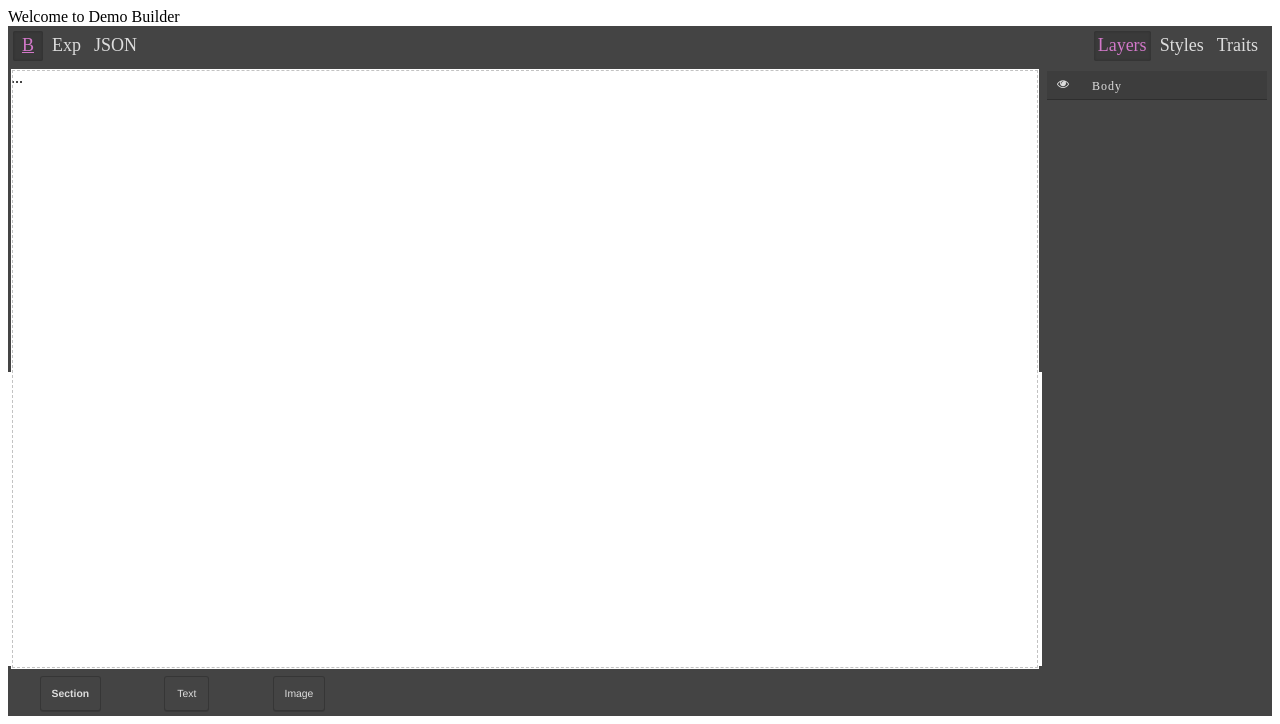
Repository: adityakulkarni000/DemoBuilder
Page: index.html
An editor plug-in stored every save of this project. The page is shown before and after the next save, followed by the edit.
The browser window is 1280 px wide. The pictures show the whole page.

Above is the page before, as saved 2022-06-19 01:49:22.

After the next save:
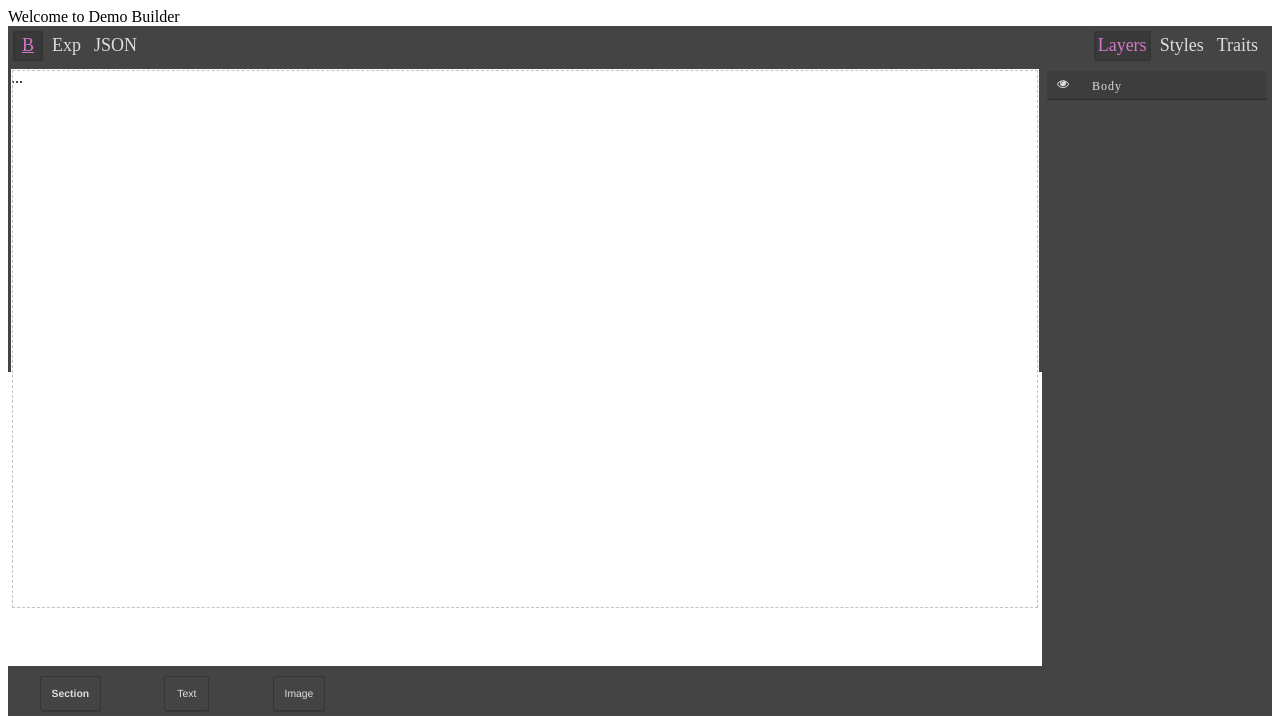
Saved 13 s later.
--- a/index.html
+++ b/index.html
@@ -14,7 +14,7 @@
     .gjs-cv-canvas {
       top: 0;
       width: 100%;
-      height: 200%;
+      height: 180%;
     }
     .gjs-block {
       width: auto;
